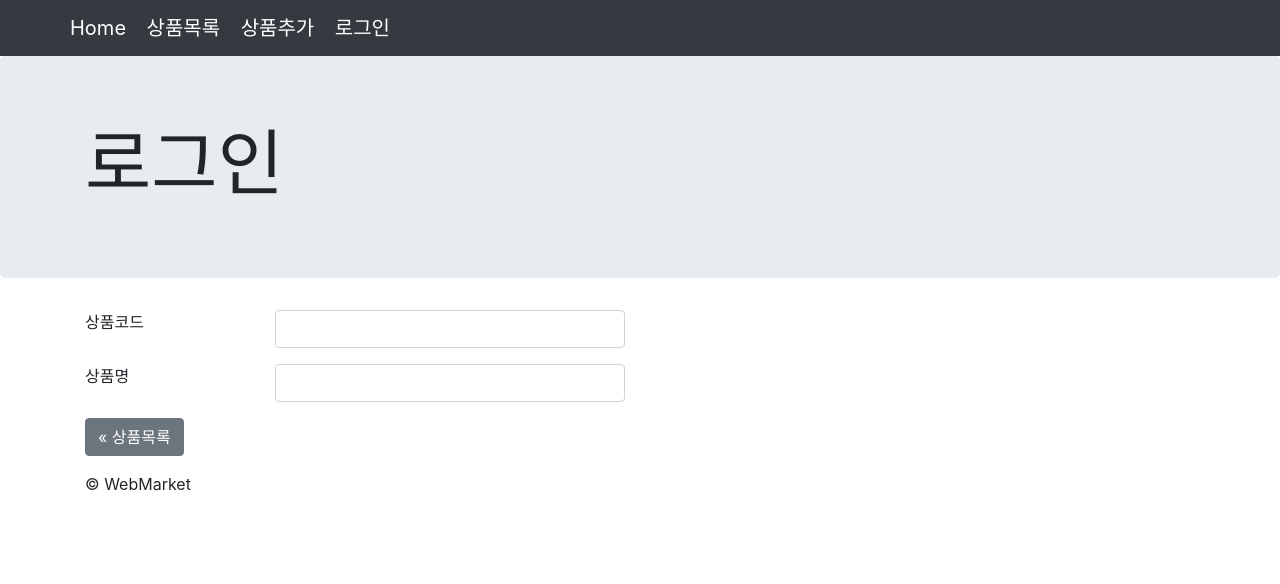
Repository: davisbyun/ai
Page: http://localhost/WebMarket/member/login.jsp
These files come from the project's save history. The page is drawn as it stood at one moment and after the next save; the edit follows.
The browser window is 1280 px wide. The pictures show the whole page.
The page is served by Tomcat 9. Other server files are loaded and not shown.

Above is the page before, as saved 2024-01-26 02:14:28.

### WebMarket/src/main/webapp/member/login.jsp
<%@ page language="java" contentType="text/html; charset=UTF-8"
    pageEncoding="UTF-8"%>
<%@ page import="java.net.*" %>
<!DOCTYPE html>
<html>
<head>
<meta charset="UTF-8">
<title> ./member/login.jsp </title>
<link rel="stylesheet" href="./css/bootstrap.min.css" />

</head>
<body>
  <jsp:include page="../menu.jsp"></jsp:include>
  <div class="jumbotron">
    <div class="container">
        <h1 class="display-3"> 로그인 </h1>
    </div>
  </div>
  <div class="container">
     <form action="./processAddProduct.jsp"  name="newProduct"
          enctype="multipart/form-data" class="form-horizontal"  method="post">

         <div class="form-group row">
            <label class="col-sm-2 f1"> 상품코드 </label>
            <div class="col-sm-4">
                <input type="text" name="productId" id="productId"  class="form-control">
            </div>
         </div>

         <div class="form-group row">
            <label class="col-sm-2 f1"> 상품명 </label>
            <div class="col-sm-4">
                <input type="text" name="name"  id="name"   class="form-control">
            </div>
         </div>
         </form>
  </div>

  <div class ="container">
     <p> <a href="products.jsp"  class="btn btn-secondary"> &laquo; 상품목록 </a>
  </div>
  <jsp:include page="../footer.jsp"></jsp:include>

</body>
</html>

### WebMarket/src/main/webapp/menu.jsp
<%@ page language="java" contentType="text/html; charset=UTF-8"
    pageEncoding="UTF-8"%>
<!DOCTYPE html>
<html>
<head>
<meta charset="UTF-8">
<title>Insert title here</title>
<link rel="stylesheet" href="https://cdn.jsdelivr.net/npm/bootstrap@4.0.0/dist/css/bootstrap.min.css" integrity="sha384-Gn5384xqQ1aoWXA+058RXPxPg6fy4IWvTNh0E263XmFcJlSAwiGgFAW/dAiS6JXm" crossorigin="anonymous">
</head>
<body>
	 <nav class="navbar navbar-expand navbar-dark bg-dark">
    <div class="container">
        <div class="navbar-header">
            <a class="navbar-brand" href="./welcome.jsp">Home</a>
            <a class="navbar-brand" href="./products.jsp">상품목록</a>
            <a class="navbar-brand" href="./addProduct.jsp">상품추가</a>
             <a class="navbar-brand" href="./member/login.jsp">로그인</a>
         </div>
     </div>
   </nav>
</body>
</html>

### WebMarket/src/main/webapp/footer.jsp
<%@ page language="java" contentType="text/html; charset=UTF-8"
    pageEncoding="UTF-8"%>
<!DOCTYPE html>
<html>
<head>
<meta charset="UTF-8">
<title>Insert title here</title>
 <link rel="stylesheet" href="https://cdn.jsdelivr.net/npm/bootstrap@4.0.0/dist/css/bootstrap.min.css" integrity="sha384-Gn5384xqQ1aoWXA+058RXPxPg6fy4IWvTNh0E263XmFcJlSAwiGgFAW/dAiS6JXm" crossorigin="anonymous">
</head>
<body>
     <footer class="container">
	    <p>&copy; WebMarket</p>
	 </footer>
</body>
</html>

Loaded but not shown: WebMarket/src/main/webapp/css/bootstrap.min.css (library)

After the next save:
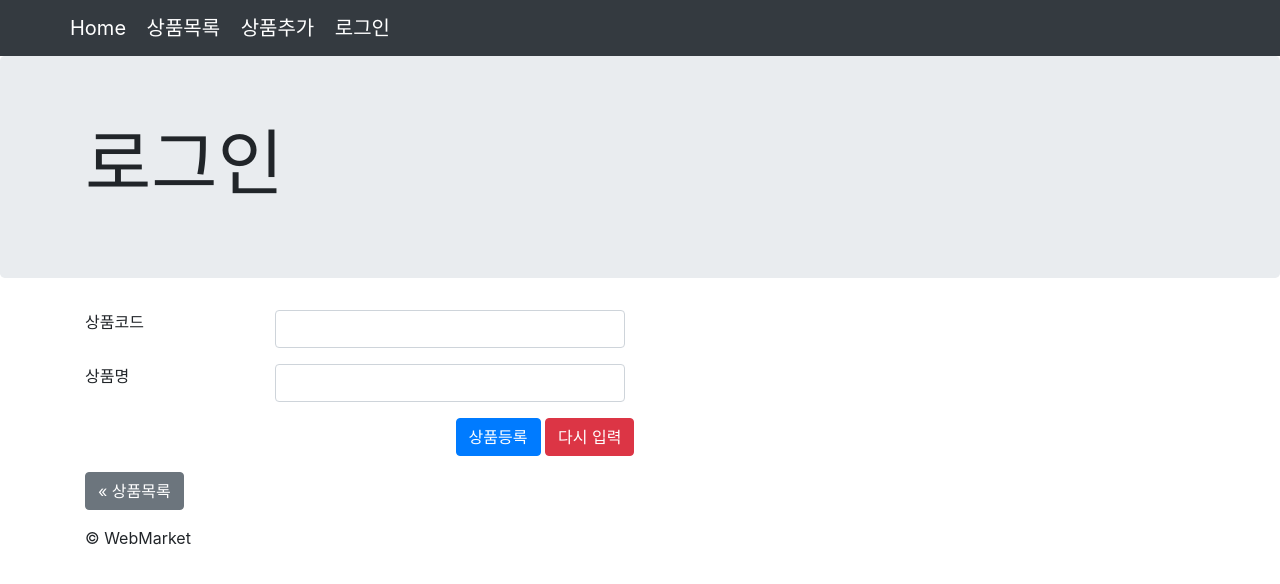
Saved 63 s later.
--- a/WebMarket/src/main/webapp/member/login.jsp
+++ b/WebMarket/src/main/webapp/member/login.jsp
@@ -33,7 +33,14 @@
                 <input type="text" name="name"  id="name"   class="form-control">
             </div>
          </div>
-         </form>
+                  <div class="form-group row">
+            <div class="col-sm-offset-2  col-sm-10  col  text-center">
+                <input type="button"  class="btn btn-primary f1" value="상품등록" onclick="checkAddProd()">
+                 <input type="reset"  class="btn btn-danger f1" value="다시 입력">
+            </div>
+         </div>
+
+    </form>
   </div>
 
   <div class ="container">
